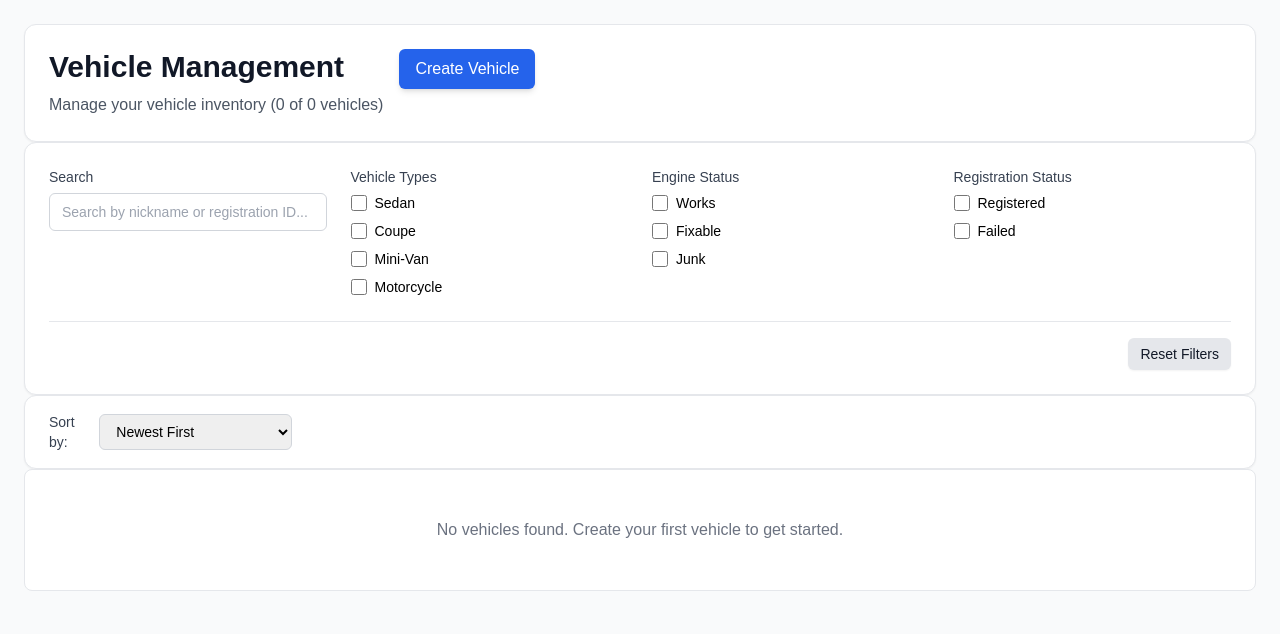
Repository: atomek88/vehicle-store
Page: /vehicles
These files come from the project's save history. The page is drawn as it stood at one moment and after the next save; the edit follows.
The browser window is 1280 px wide. The pictures show the whole page.
The project was rebuilt for these pictures with package versions that can differ from the ones it lists, and the page was loaded fresh each time. The framework's server and built-in components were replaced by stand-ins that run in the browser. Also part of the build but not shown: next.config.ts, src/components/ui/Badge.tsx, src/components/vehicle/SedanFields.tsx, src/components/vehicle/CoupeFields.tsx, src/components/vehicle/MiniVanFields.tsx, src/components/vehicle/MotorcycleFields.tsx, src/components/vehicle/VehicleForm.tsx, src/components/ui/ConfirmDialog.tsx.

Above is the page before, as saved 2026-01-21 00:21:32.

After the next save:
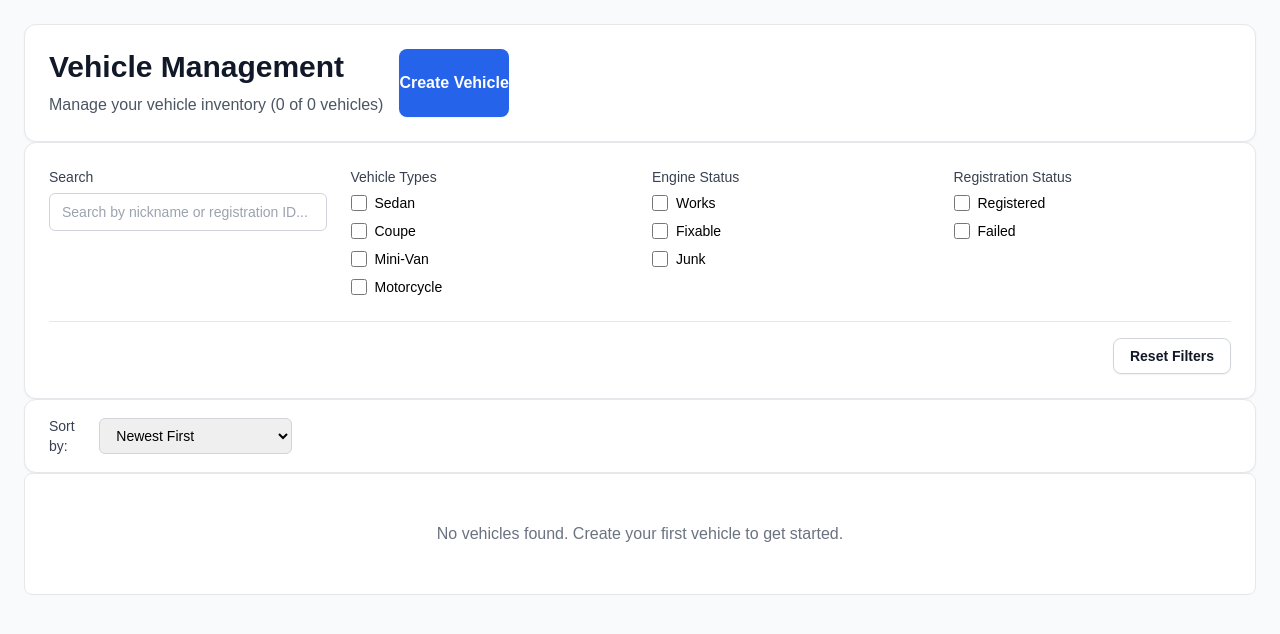
Saved 13 s later.
--- a/src/components/ui/Button.tsx
+++ b/src/components/ui/Button.tsx
@@ -13,19 +13,21 @@ export const Button = forwardRef<HTMLButtonElement, ButtonProps>(
         ref={ref}
         disabled={disabled}
         className={clsx(
-          'inline-flex items-center justify-center rounded-md font-medium transition-colors',
-          'focus-visible:outline-none focus-visible:ring-2 focus-visible:ring-offset-2',
-          'disabled:pointer-events-none disabled:opacity-50',
+          'inline-flex items-center justify-center rounded-lg font-semibold transition-all focus-visible:outline-none focus-visible:ring-2 focus-visible:ring-offset-2 disabled:pointer-events-none disabled:opacity-50',
           {
-            'bg-blue-600 text-white hover:bg-blue-700 focus-visible:ring-blue-600': variant === 'primary',
-            'bg-gray-200 text-gray-900 hover:bg-gray-300 focus-visible:ring-gray-400': variant === 'secondary',
-            'bg-red-600 text-white hover:bg-red-700 focus-visible:ring-red-600': variant === 'danger',
-            'bg-transparent hover:bg-gray-100 focus-visible:ring-gray-400': variant === 'ghost',
+            'bg-blue-600 text-white shadow-sm hover:bg-blue-700 hover:shadow-md focus-visible:ring-blue-600':
+              variant === 'primary',
+            'border border-gray-300 bg-white text-gray-900 shadow-sm hover:bg-gray-50 hover:shadow-md focus-visible:ring-gray-500':
+              variant === 'secondary',
+            'bg-red-600 text-white shadow-sm hover:bg-red-700 hover:shadow-md focus-visible:ring-red-600':
+              variant === 'danger',
+            'bg-transparent text-gray-700 hover:bg-gray-100 focus-visible:ring-gray-500':
+              variant === 'ghost',
           },
           {
-            'h-8 px-3 text-sm': size === 'sm',
-            'h-10 px-4 text-base': size === 'md',
-            'h-12 px-6 text-lg': size === 'lg',
+            'h-11 px-5 py-2.5 text-base': size === 'default',
+            'h-9 px-4 py-2 text-sm': size === 'sm',
+            'h-12 px-8 py-3 text-lg': size === 'lg',
           },
           className
         )}
